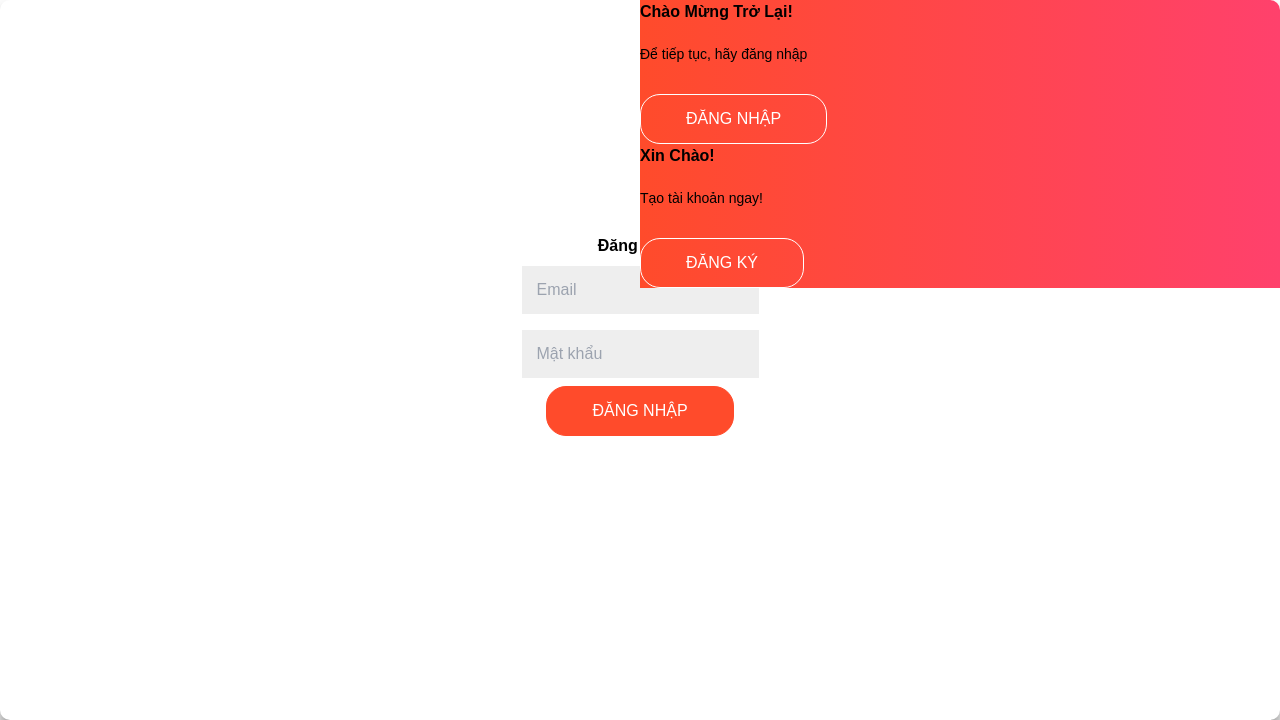
Repository: BlackWolf2002/project_airbn_react
Page: /
An editor plug-in stored every save of this project. The page is shown before and after the next save, followed by the edit.
The browser window is 1280 px wide. The pictures show the whole page.
The project was rebuilt for these pictures with package versions that can differ from the ones it lists, and the page was loaded fresh each time. Also part of the build but not shown: vite.config.js.

Above is the page before, as saved 2025-02-04 23:38:53.

### src/App.jsx
// import React from 'react';
// import { Header } from './Header';
// import Card from './Card';
// import ViTriView from './models/vitriview';

// function App() {
//   const viTri = new ViTriView(1, 'Sài Gòn (TP.HCM)', 'Hồ Chí Minh', 'Việt Nam', 'https://vietnambooking.com/wp-content/uploads/2017/01/du-lich-sai-gon-1.jpg');

//   return (
//     <>
//       <div>
//         <Header />
//         <div>
//           <Card viTri={viTri} />
//         </div>
//       </div>
//     </>
//   );
// }

// export default App;

import React from "react";
import Login from "./components/Login";

function App() {
    return (
        <div>
            <Login />
        </div>
    );
}

export default App;

### src/components/Login.jsx
import { useState } from "react";
import { login, register } from "../api/authService";
import "../style/Login.css";

const Login = () => {
    const [formData, setFormData] = useState({
        email: "",
        password: "",
        name: "",
        phone: "",
        birthday: "",
        gender: true,
    });
    const [isLogin, setIsLogin] = useState(true);
    const [message, setMessage] = useState("");

    const handleChange = (e) => {
        setFormData({ ...formData, [e.target.name]: e.target.value });
    };

    const handleSubmit = async (e) => {
        e.preventDefault();
        try {
            if (isLogin) {
                const data = await login(formData.email, formData.password);
                localStorage.setItem("token", data.token);
                setMessage("Đăng nhập thành công!");
            } else {
                await register(formData);
                setMessage("Đăng ký thành công! Hãy đăng nhập.");
                setIsLogin(true);
            }
        } catch (error) {
            setMessage(error.message || "Có lỗi xảy ra!");
        }
    };

    return (
        <div className="container-login">
            <div
                className={`form-container ${
                    isLogin ? "sign-in-container" : "sign-up-container"
                }`}
            >
                <form onSubmit={handleSubmit}>
                    <h1>{isLogin ? "Đăng Nhập" : "Đăng Ký"}</h1>
                    {!isLogin && (
                        <>
                            <input
                                type="text"
                                name="name"
                                placeholder="Tên"
                                onChange={handleChange}
                                required
                            />
                            <input
                                type="text"
                                name="phone"
                                placeholder="Số điện thoại"
                                onChange={handleChange}
                                required
                            />
                            <input
                                type="date"
                                name="birthday"
                                onChange={handleChange}
                                required
                            />
                            <select name="gender" onChange={handleChange}>
                                <option value={true}>Nam</option>
                                <option value={false}>Nữ</option>
                            </select>
                        </>
                    )}
                    <input
                        type="email"
                        name="email"
                        placeholder="Email"
                        onChange={handleChange}
                        required
                    />
                    <input
                        type="password"
                        name="password"
                        placeholder="Mật khẩu"
                        onChange={handleChange}
                        required
                    />
                    <button type="submit">
                        {isLogin ? "Đăng Nhập" : "Đăng Ký"}
                    </button>
                    <p className="message">{message}</p>
                </form>
            </div>

            <div className="overlay-container">
                <div className="overlay">
                    <div className="overlay-panel overlay-left">
                        <h1>Chào Mừng Trở Lại!</h1>
                        <p>Để tiếp tục, hãy đăng nhập</p>
                        <button
                            className="ghost"
                            onClick={() => setIsLogin(true)}
                        >
                            Đăng Nhập
                        </button>
                    </div>
                    <div className="overlay-panel overlay-right">
                        <h1>Xin Chào!</h1>
                        <p>Tạo tài khoản ngay!</p>
                        <button
                            className="ghost"
                            onClick={() => setIsLogin(false)}
                        >
                            Đăng Ký
                        </button>
                    </div>
                </div>
            </div>
        </div>
    );
};

export default Login;

### src/api/authService.js
import axios from "axios";

const API_URL = "https://airbnbnew.cybersoft.edu.vn/api/auth";

// Hàm đăng nhập
export const login = async (email, password) => {
    try {
        const response = await axios.post(`${API_URL}/signin`, {
            email,
            password,
        });
        return response.data; // Trả về dữ liệu người dùng và token
    } catch (error) {
        throw error.response ? error.response.data : error;
    }
};

// Hàm đăng ký
export const register = async (userData) => {
    try {
        const response = await axios.post(`${API_URL}/signup`, userData);
        return response.data; //Trả về thông tin đăng ký thành công
    } catch (error) {
        throw error.response ? error.response.data : error;
    }
};

### src/style/Login.css
.container-login {
    background-color: #fff;
    border-radius: 10px;
    box-shadow: 0 14px 28px rgba(0, 0, 0, 0.25), 0 10px 10px rgba(0, 0, 0, 0.22);
    position: relative;
    overflow: hidden;
    max-width: 100%;
    min-height: 480px;
    font-family: "Monserrat", sans-serif;
    height: 100vh;
    display: flex;
    align-items: center;
    justify-content: center;
}

.container-login h1 {
    font-weight: bold;
    margin: 0;
}

.container-login p {
    font-size: 14px;
    font-weight: 100;
    line-height: 20px;
    margin: 20px 0 30px;
}

.container-login button {
    border-radius: 20px;
    border: 1px solid #ff4b2b;
    background-color: #ff4b2b;
    color: #ffffff;
    padding: 12px 45px;
    text-transform: uppercase;
    transition: transform 80ms ease-in;
}

.container-login button.ghost {
    background-color: transparent;
    border-color: #ffffff;
}

.container-login form {
    background-color: #ffffff;
    display: flex;
    align-items: center;
    justify-content: center;
    flex-direction: column;
    padding: 0 50px;
    height: 100%;
    text-align: center;
}

.container-login input {
    background-color: #eee;
    border: none;
    padding: 12px 15px;
    margin: 8px 0;
    width: 100%;
}

.overlay-container {
    position: absolute;
    top: 0;
    left: 50%;
    width: 50%;
    height: 100%;
    transition: transform 0.6s ease-in-out;
}

.container-login.right-panel-active .overlay-container {
    transform: translateX(-100%);
}

.overlay {
    background: linear-gradient(to right, #ff4b2b, #ff416c);
    background-repeat: no-repeat;
    background-size: cover;
}

### tailwind.config.js
/** @type {import('tailwindcss').Config} */
export default {
  content: ["./src/**/*.{js,jsx,ts,tsx}"],
  theme: {
      extend: {},
  },
  plugins: [],
};

Loaded but not shown: index.html (common file); src/main.jsx (common file); src/index.css (common file)

After the next save:
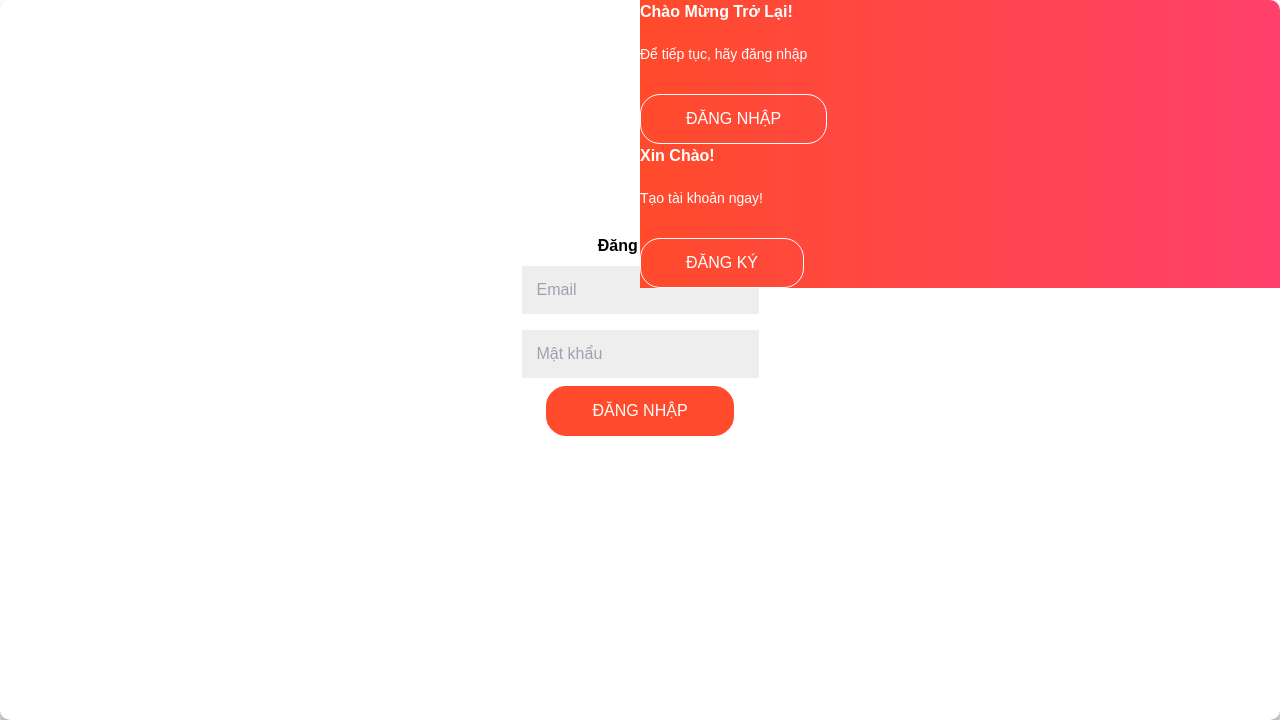
Saved 15 s later.
--- a/src/style/Login.css
+++ b/src/style/Login.css
@@ -76,4 +76,5 @@
     background: linear-gradient(to right, #ff4b2b, #ff416c);
     background-repeat: no-repeat;
     background-size: cover;
+    color: #ffffff;
 }
